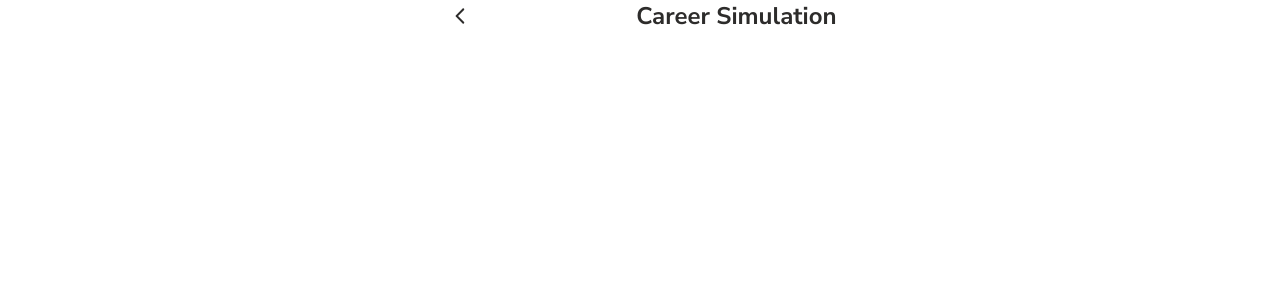
Repository: daniel-liu01/week10books
Page: /
These files come from the project's save history. The page is drawn as it stood at one moment and after the next save; the edit follows.
The browser window is 1280 px wide. The pictures show the whole page.
The project was rebuilt for these pictures with package versions that can differ from the ones it lists, and the page was loaded fresh each time. Also part of the build but not shown: vite.config.js, vite.config.ts, src/App.css.

Above is the page before, as saved 2025-10-17 17:37:54.

After the next save:
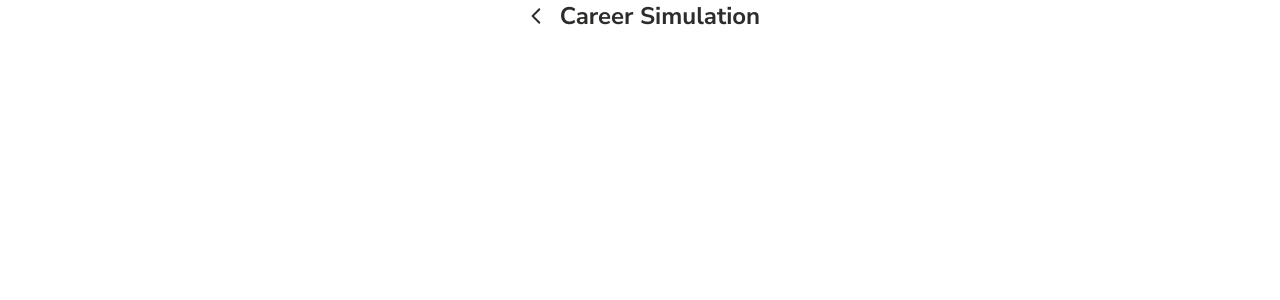
Saved 22 s later.
--- a/src/index.css
+++ b/src/index.css
@@ -20,13 +20,9 @@ body {
 }
 
 html {
-    display: block;
-    justify-content: center;
-    align-items: center;
-    width: 393px;
-    height: 100%;
-    padding: 0;
-    margin: 0 auto;
+    display: flex;
+    justify-content: center; /* centro na horizontal */
+    align-items: flex-start;
 }
 
 /* ------------------------------------------------------ VARIABLES ------------------------------------------------------ */

After the save that followed:
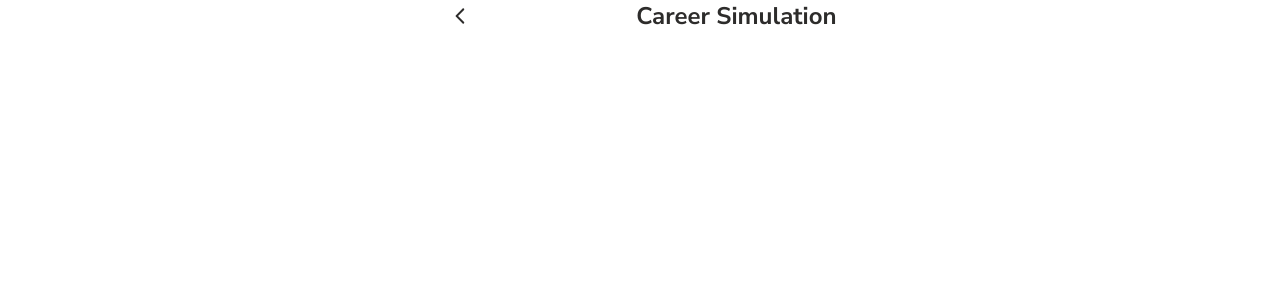
Saved 9 s later.
--- a/src/index.css
+++ b/src/index.css
@@ -14,8 +14,7 @@ body {
 }
 
 body {
-    max-width: 393px;
-    margin: 0 auto;
+    width: 393px;
     min-height: 100vh;
 }
 
